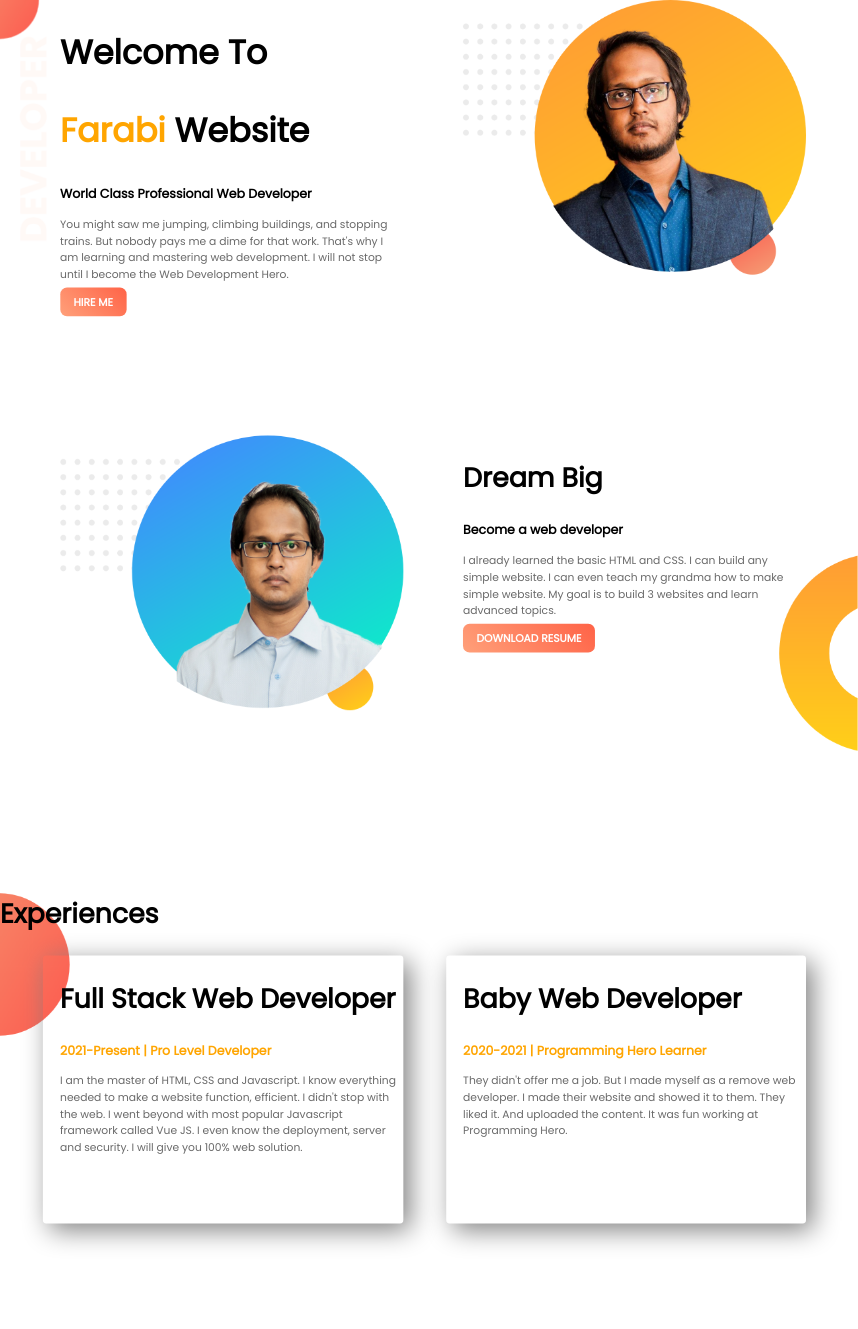
Repository: mohsinfarabi/web-portfolio
Page: index.html
An editor plug-in stored every save of this project. The page is shown before and after the next save, followed by the edit.
The browser window is 1280 px wide. The pictures show the whole page, at 67% of full size.

Above is the page before, as saved 2020-06-30 23:56:16.

After the next save:
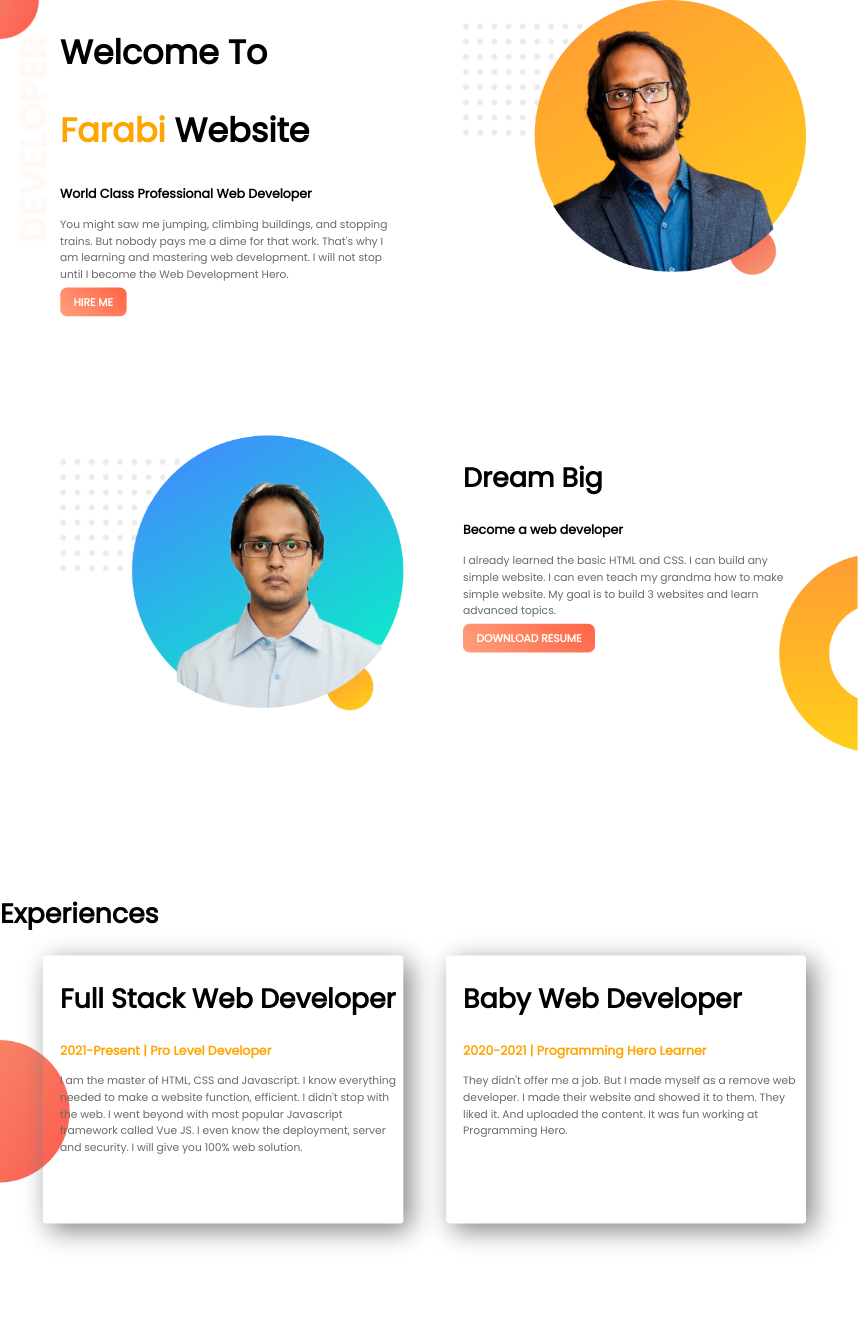
Saved 26 s later.
--- a/style.css
+++ b/style.css
@@ -64,4 +64,5 @@ section {
 .experience-area {
     background-image: url(images/exp-bg.png);
     background-repeat: no-repeat;
+    background-position: left;
 }
